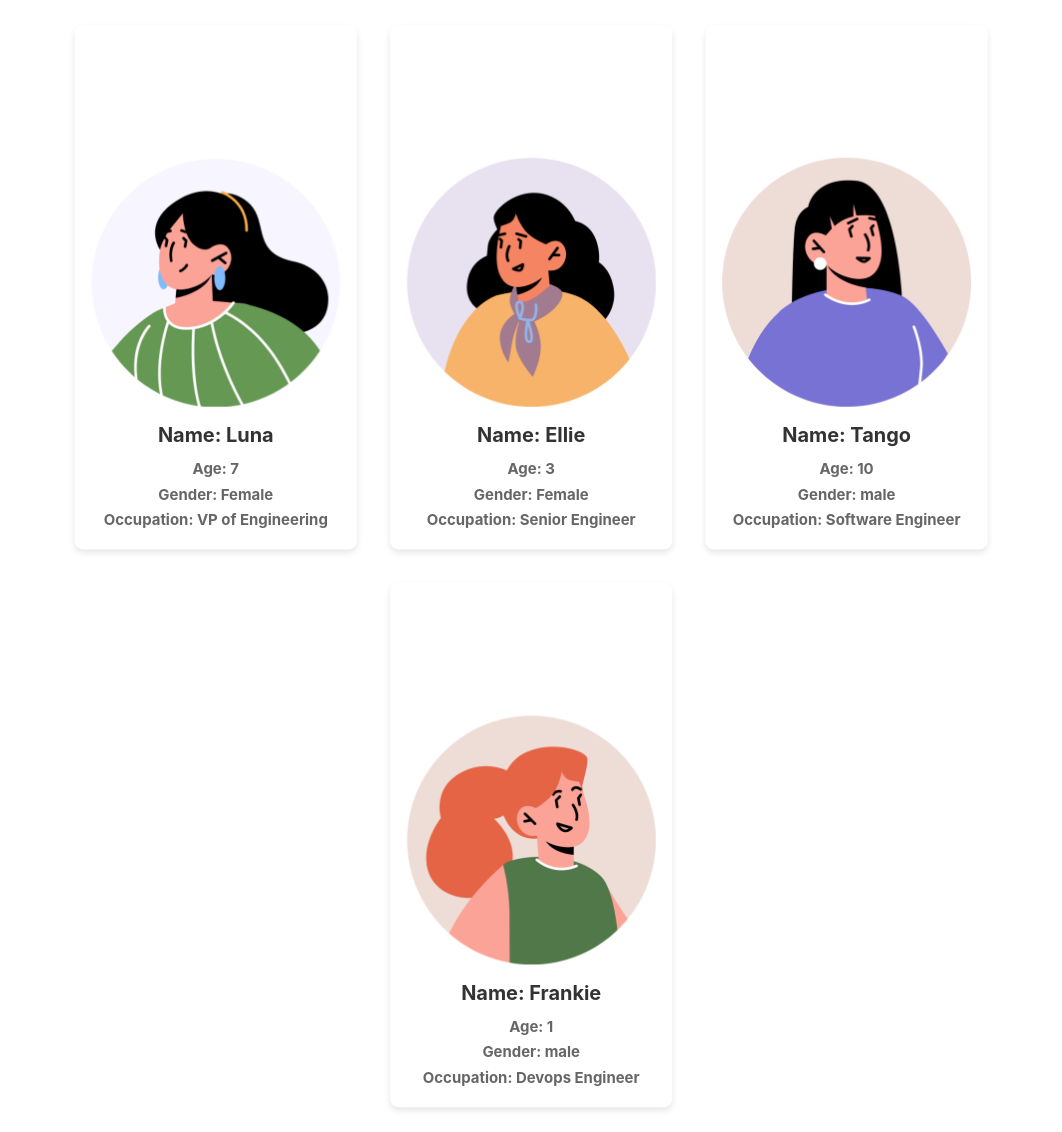
Repository: mahsa199170/React-Props-projects
Page: / (app in profile-app/)
An editor plug-in stored every save of this project. The page is shown before and after the next save, followed by the edit.
The browser window is 1280 px wide. The pictures show the whole page, at 83% of full size.
The project was rebuilt for these pictures with package versions that can differ from the ones it lists, and the page was loaded fresh each time.

Above is the page before, as saved 2024-11-18 16:06:06.

After the next save:
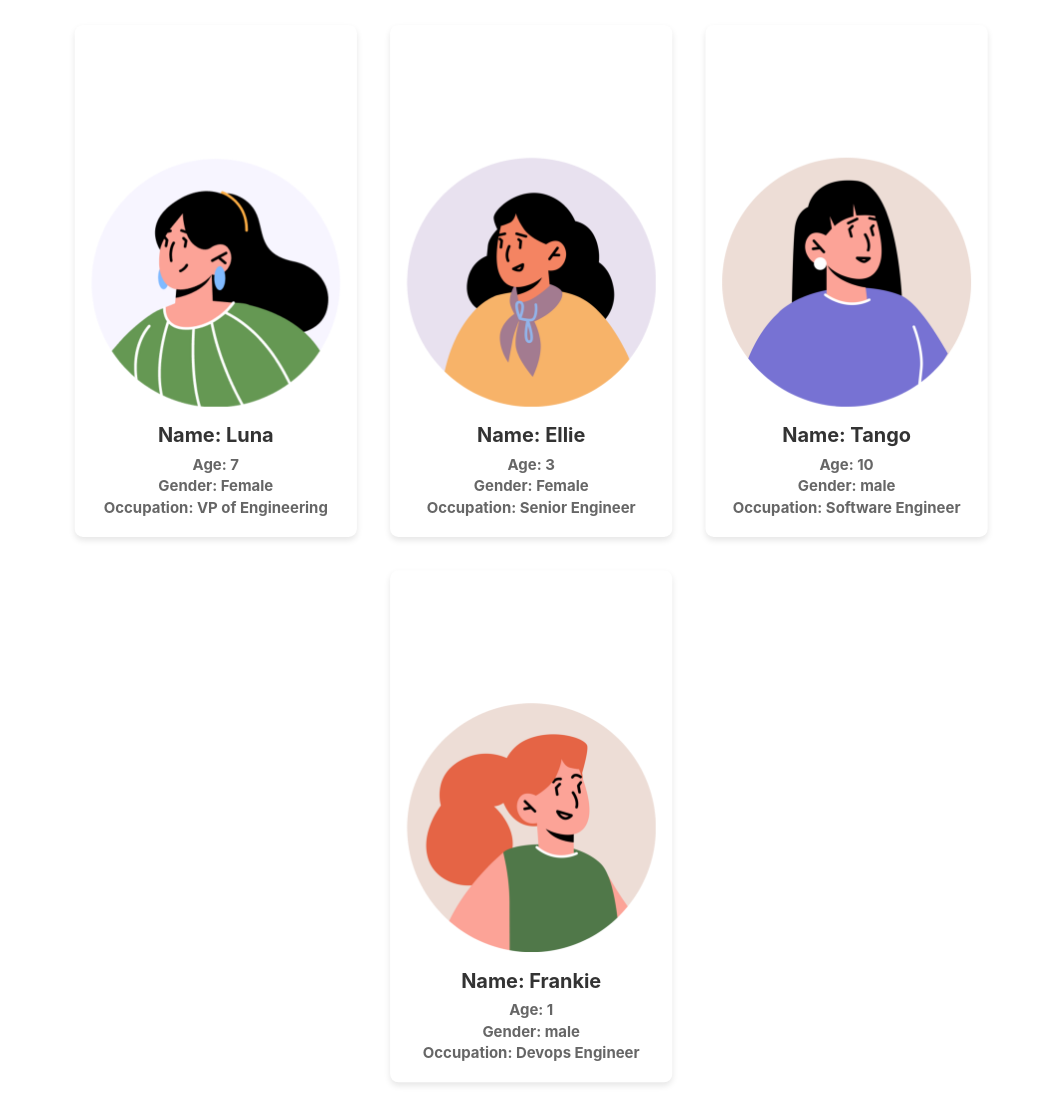
Saved 30 s later.
--- a/profile-app/src/components/profile/Profile.js
+++ b/profile-app/src/components/profile/Profile.js
@@ -8,10 +8,12 @@ const Profile = ({ id, name, age, gender, occupation, image }) => {
       <div className="profil-card">
         <div className="profile-image"></div>
         <img src={image} alt="profile" />
-        <h2>Name: {name}</h2>
-        <h3>Age: {age}</h3>
-        <h3>Gender: {gender}</h3>
-        <h3>Occupation: {occupation}</h3>
+        <div>
+          <h2>Name: {name}</h2>
+          <h3>Age: {age}</h3>
+          <h3>Gender: {gender}</h3>
+          <h3>Occupation: {occupation}</h3>
+        </div>
       </div>
     </Card>
   );
